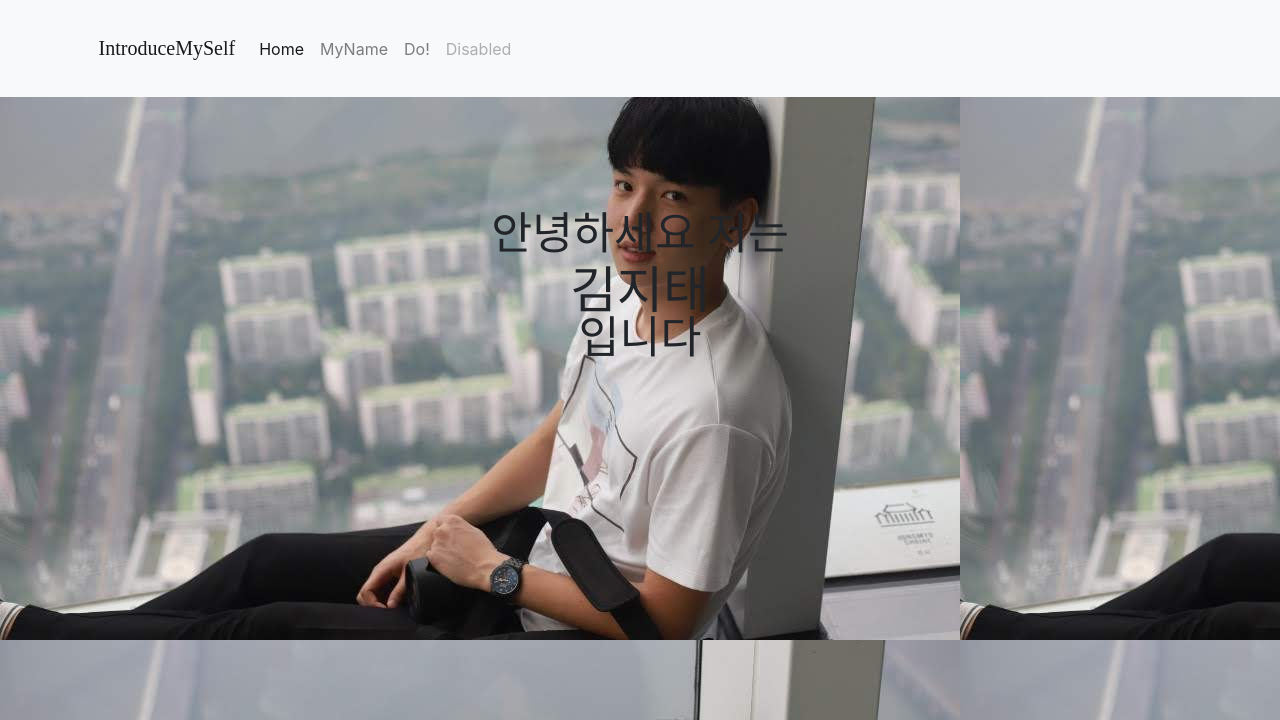
Repository: wlxo0401/IntroduveMySelf
Page: IntroduceMySelf/WebContent/Index.html
An editor plug-in stored every save of this project. The page is shown before and after the next save, followed by the edit.
The browser window is 1280 px wide. The pictures show the whole page.

Above is the page before, as saved 2020-03-11 05:30:45.

### IntroduceMySelf/WebContent/Index.html
<!DOCTYPE html>
<html>
  <head>
    <!-- Required meta tags -->
    <meta charset="utf-8">
    <meta name="viewport" content="width=device-width, initial-scale=1, shrink-to-fit=no">

    <!-- Bootstrap CSS -->
    <link rel="stylesheet" href="https://stackpath.bootstrapcdn.com/bootstrap/4.4.1/css/bootstrap.min.css" integrity="sha384-Vkoo8x4CGsO3+Hhxv8T/Q5PaXtkKtu6ug5TOeNV6gBiFeWPGFN9MuhOf23Q9Ifjh" crossorigin="anonymous">

    <title>Hello, world!</title>
    <link rel = "stylesheet" href = "style.css">
  </head>
<body>

<div id = "wrap">
	<!-- header -->
	<div id = "header">
		<nav class="navbar navbar-expand-lg navbar-light bg-light nav-distance">
			<a class="navbar-brand" href="#">IntroduceMySelf</a>
		  	<button class="navbar-toggler" type="button" data-toggle="collapse" data-target="#navbarNav" aria-controls="navbarNav" aria-expanded="false" aria-label="Toggle navigation">
		    	<span class="navbar-toggler-icon"></span>
		  	</button>
		  	<div class="collapse navbar-collapse" id="navbarNav">
		    	<ul class="navbar-nav">
		      		<li class="nav-item active">
		        		<a class="nav-link" href="#">Home <span class="sr-only">(current)</span></a>
		      		</li>
		      		<li class="nav-item">
		        		<a class="nav-link" href="#">MyName</a>
		      		</li>
		      		<li class="nav-item">
		        		<a class="nav-link" href="#">Do!</a>
		      		</li>
		      		<li class="nav-item">
		        		<a class="nav-link disabled" href="#" tabindex="-1" aria-disabled="true">Disabled</a>
		      		</li>
		    	</ul>
			</div>
		</nav>
	</div>
	<!-- //header -->
	<!-- container -->
	<div id = "container">
		<h1 id = maintitle2>안녕하세요 저는</h2>
		<h1 id = maintitle1>김지태</h1>
		<h1 id = maintitle2>입니다</h2>
	</div>
	<!-- //container -->
	<!-- footer -->
	<div id = "footer">

	</div>
	<!-- //footer -->
</div>
<!-- Optional JavaScript -->
<!-- jQuery first, then Popper.js, then Bootstrap JS -->
<script src="https://code.jquery.com/jquery-3.4.1.slim.min.js" integrity="sha384-J6qa4849blE2+poT4WnyKhv5vZF5SrPo0iEjwBvKU7imGFAV0wwj1yYfoRSJoZ+n" crossorigin="anonymous"></script>
<script src="https://cdn.jsdelivr.net/npm/popper.js@1.16.0/dist/umd/popper.min.js" integrity="sha384-Q6E9RHvbIyZFJoft+2mJbHaEWldlvI9IOYy5n3zV9zzTtmI3UksdQRVvoxMfooAo" crossorigin="anonymous"></script>
<script src="https://stackpath.bootstrapcdn.com/bootstrap/4.4.1/js/bootstrap.min.js" integrity="sha384-wfSDF2E50Y2D1uUdj0O3uMBJnjuUD4Ih7YwaYd1iqfktj0Uod8GCExl3Og8ifwB6" crossorigin="anonymous"></script>
</body>
</html>

### IntroduceMySelf/WebContent/style.css
body{
	background-image: url('img/kimjitae1.jpg');
}

#container{
	margin-top: 100px;
}

#maintitle1{
	width: 547;
	height: 44px;
	font-family: NanumSquareR;
	font-size: 50.5px;
	line-height: 1.67;
	text-align: center;
	color: #354655d;
}


#maintitle2{
	width: 547;
	height: 44px;
	font-family: NanumSquareR;
	font-size: 44.5px;
	line-height: 1.67;
	text-align: center;
	color: #354655d;
}


.nav-distance{
	padding: 2.1% 7.7%
}

.navbar-brand{
	font-family: NanumSquareR;
	line-height: 1.68;
	text-align: left;
	color: #35465d;
}

After the next save:
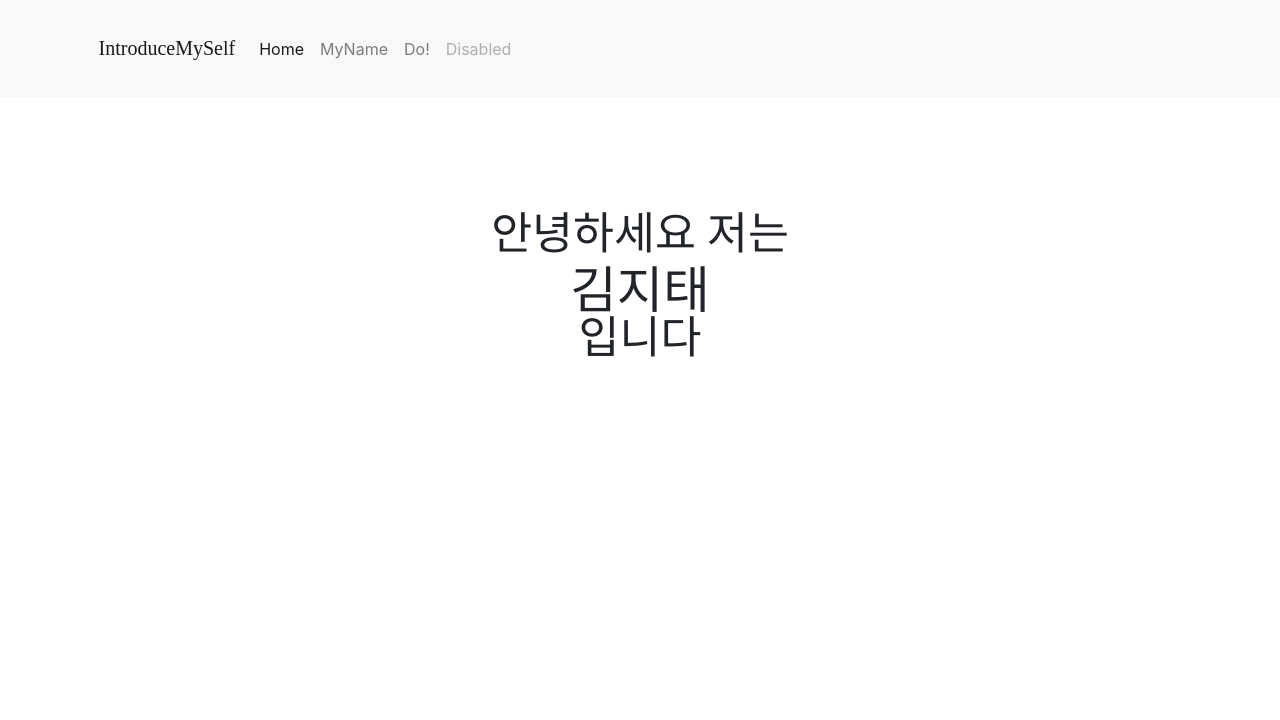
Saved 22 s later.
--- a/IntroduceMySelf/WebContent/style.css
+++ b/IntroduceMySelf/WebContent/style.css
@@ -1,5 +1,5 @@
 body{
-	background-image: url('img/kimjitae1.jpg');
+	background-color: #ffffff
 }
 
 #container{
